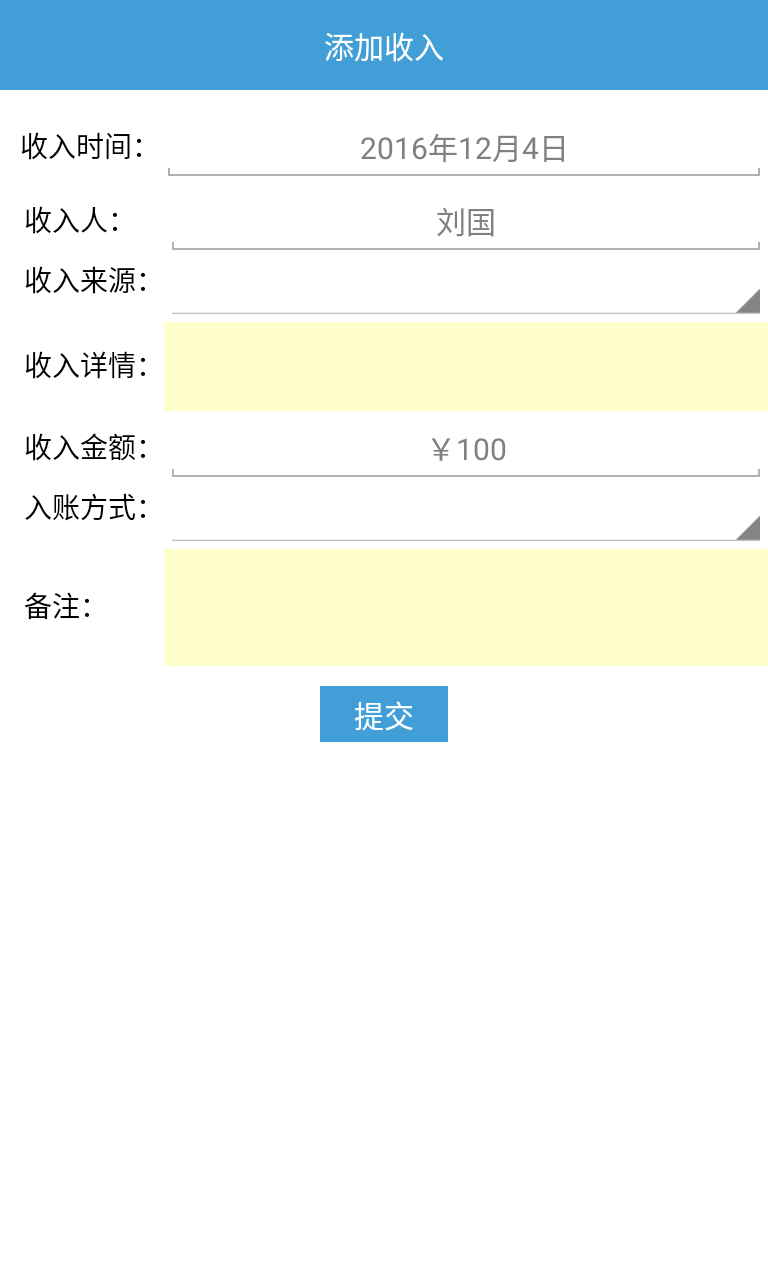
Repository: MySixGad/MyBill
Layout: Bill/Bill/res/layout/activity_inset_in_rmb.xml
The author's editor kept a copy of each file at every save. The layout is drawn from the files as they stood at one save, then again after the next save.
It is drawn on a 768 x 1280 px phone screen (xhdpi) without system bars, with theme AppTheme; the app's code is not run.

Above is the layout before, as saved 2016-12-09 15:57:16.

### Bill/Bill/res/layout/activity_inset_in_rmb.xml
<LinearLayout xmlns:android="http://schemas.android.com/apk/res/android"
    xmlns:tools="http://schemas.android.com/tools"
    android:layout_width="match_parent"
    android:layout_height="wrap_content"
    android:orientation="vertical"
    tools:context=".Inset_inRMBActivity" >

    <TextView
        android:id="@+id/textView1"
        style="@style/Title_1"
        android:text="添加收入" />

    <LinearLayout
        android:layout_width="match_parent"
        android:layout_height="wrap_content"
        android:layout_marginLeft="10dp"
        android:layout_marginRight="10DP"
        android:layout_marginTop="10dp"
        android:orientation="vertical" >

        <LinearLayout
            android:layout_width="match_parent"
            android:layout_height="wrap_content"
            android:orientation="horizontal" >

            <TextView
                android:id="@+id/textView2"
                android:layout_width="70dp"
                android:layout_height="wrap_content"
                android:text="收入时间："
                android:textColor="#000" />

            <EditText
                android:id="@+id/textView2"
                android:layout_width="match_parent"
                android:layout_height="wrap_content"
                android:ems="10"
                android:gravity="center"
                android:hint="2016年12月4日"
                android:inputType="textMultiLine"
                android:textColor="#000"
                android:textSize="15dp" >
            </EditText>
        </LinearLayout>

        <!-- 第二行 -->

        <LinearLayout
            android:layout_width="match_parent"
            android:layout_height="wrap_content"
            android:layout_marginLeft="2dp"
            android:orientation="horizontal" >

            <TextView
                android:id="@+id/textView2"
                android:layout_width="70dp"
                android:layout_height="wrap_content"
                android:text="收入人："
                android:textColor="#000" />

            <EditText
                android:id="@+id/textView2"
                android:layout_width="match_parent"
                android:layout_height="wrap_content"
                android:ems="10"
                android:gravity="center"
                android:hint="刘国"
                android:inputType="textMultiLine"
                android:textColor="#000"
                android:textSize="15dp" >
            </EditText>
        </LinearLayout>

        <LinearLayout
            android:layout_width="match_parent"
            android:layout_height="wrap_content"
            android:layout_marginLeft="2dp"
            android:orientation="horizontal" >

            <TextView
                android:id="@+id/textView2"
                android:layout_width="wrap_content"
                android:layout_height="wrap_content"
                android:gravity="center"
                android:text="收入来源："
                android:textColor="#000" />

            <Spinner
                android:id="@+id/in_sos"
                   android:gravity="center"
                android:layout_width="match_parent"
                android:layout_height="wrap_content" />
        </LinearLayout>

        <LinearLayout
            android:layout_width="match_parent"
            android:layout_height="wrap_content"
            android:layout_marginLeft="2dp"
            android:orientation="horizontal" >

            <TextView
                android:id="@+id/textView2"
                android:layout_width="70dp"
                android:layout_height="wrap_content"
                android:text="收入详情："
                android:textColor="#000" />

            <EditText
                android:id="@+id/textView2"
                android:layout_width="match_parent"
                android:layout_height="wrap_content"
                android:background="#ffffcc"
                android:inputType="textMultiLine"
                android:maxLines="10"
                android:minLines="3"
                android:scrollbars="vertical"
                android:textColor="#000"
                android:textSize="12dp" />
        </LinearLayout>

        <LinearLayout
            android:layout_width="match_parent"
            android:layout_height="wrap_content"
            android:layout_marginLeft="2dp"
            android:orientation="horizontal" >

            <TextView
                android:id="@+id/textView2"
                android:layout_width="70dp"
                android:layout_height="wrap_content"
                android:text="收入金额："
                android:textColor="#000" />

            <EditText
                android:id="@+id/textView2"
                android:layout_width="match_parent"
                android:layout_height="wrap_content"
                android:gravity="center"
                android:hint="￥100"
                android:inputType="textMultiLine"
                android:textColor="#000"
                android:textSize="15dp" />
        </LinearLayout>

        <LinearLayout
            android:layout_width="match_parent"
            android:layout_height="wrap_content"
            android:layout_marginLeft="2dp"
            android:orientation="horizontal" >

            <TextView
                android:id="@+id/textView2"
                android:layout_width="wrap_content"
                android:layout_height="wrap_content"
                android:gravity="center"
                android:text="入账方式："
                android:textColor="#000" />

            <Spinner
                android:id="@+id/in_way"
                android:gravity="center"
                android:layout_width="match_parent"
                android:layout_height="wrap_content" />
        </LinearLayout>

        <LinearLayout
            android:layout_width="match_parent"
            android:layout_height="wrap_content"
            android:layout_marginLeft="2dp"
            android:orientation="horizontal" >

            <TextView
                android:id="@+id/textView2"
                android:layout_width="70dp"
                android:layout_height="wrap_content"
                android:text="备注："
                android:textColor="#000" />

            <EditText
                android:id="@+id/textView2"
                android:layout_width="match_parent"
                android:layout_height="wrap_content"
                android:background="#ffffcc"
                android:inputType="textMultiLine"
                android:maxLines="10"
                android:minLines="4"
                android:scrollbars="vertical"
                android:textColor="#000"
                android:textSize="12dp" />
        </LinearLayout>
    </LinearLayout>

    <Button
        android:id="@+id/button1"
        style="@style/Title_1"
        android:layout_width="wrap_content"
        android:layout_height="28dp"
        android:layout_gravity="center"
        android:layout_marginTop="10dp"
        android:text="提交" />

</LinearLayout>

### Bill/Bill/res/values/styles.xml
<resources>

    <style name="AppBaseTheme" parent="android:Theme.Light"></style>

    <style name="AppTheme" parent="AppBaseTheme"></style>

    <style name="Title_1">
        <item name="android:gravity">center</item>
        <item name="android:textColor">#fff</item>
        <item name="android:textSize">15sp</item>
        <item name="android:layout_width">match_parent</item>
        <item name="android:layout_height">45dp</item>
        <item name="android:background">#429ED6</item>
    </style>

     <style name="Button_1">
        <item name="android:textColor">#fff</item>
        <item name="android:textSize">12sp</item>
        <item name="android:background">#429ED6</item>
    </style>

</resources>

Loaded but not shown: Bill/Bill/res/values-v11/styles.xml (common file); Bill/Bill/res/values-v14/styles.xml (common file)

After the next save:
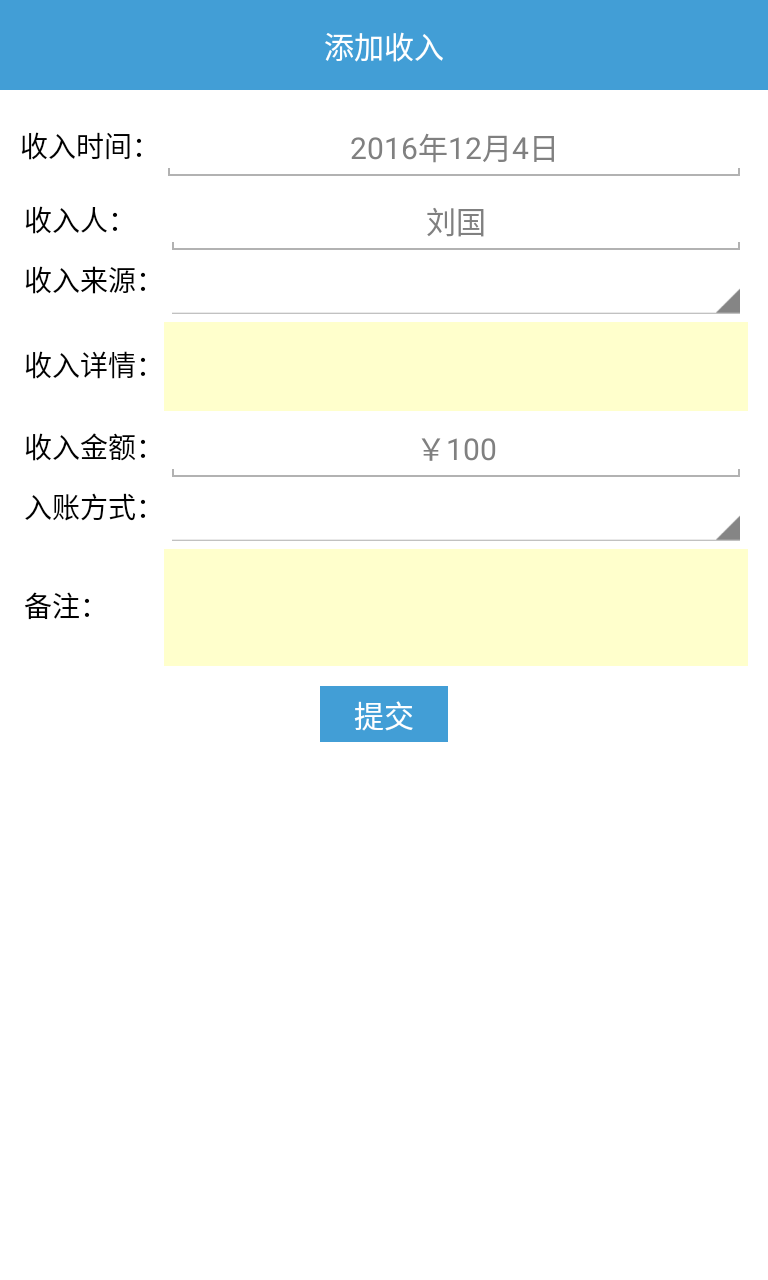
Saved 11 s later.
--- a/Bill/Bill/res/layout/activity_inset_in_rmb.xml
+++ b/Bill/Bill/res/layout/activity_inset_in_rmb.xml
@@ -14,7 +14,7 @@
         android:layout_width="match_parent"
         android:layout_height="wrap_content"
         android:layout_marginLeft="10dp"
-        android:layout_marginRight="10DP"
+        android:layout_marginRight="10dp"
         android:layout_marginTop="10dp"
         android:orientation="vertical" >
 
